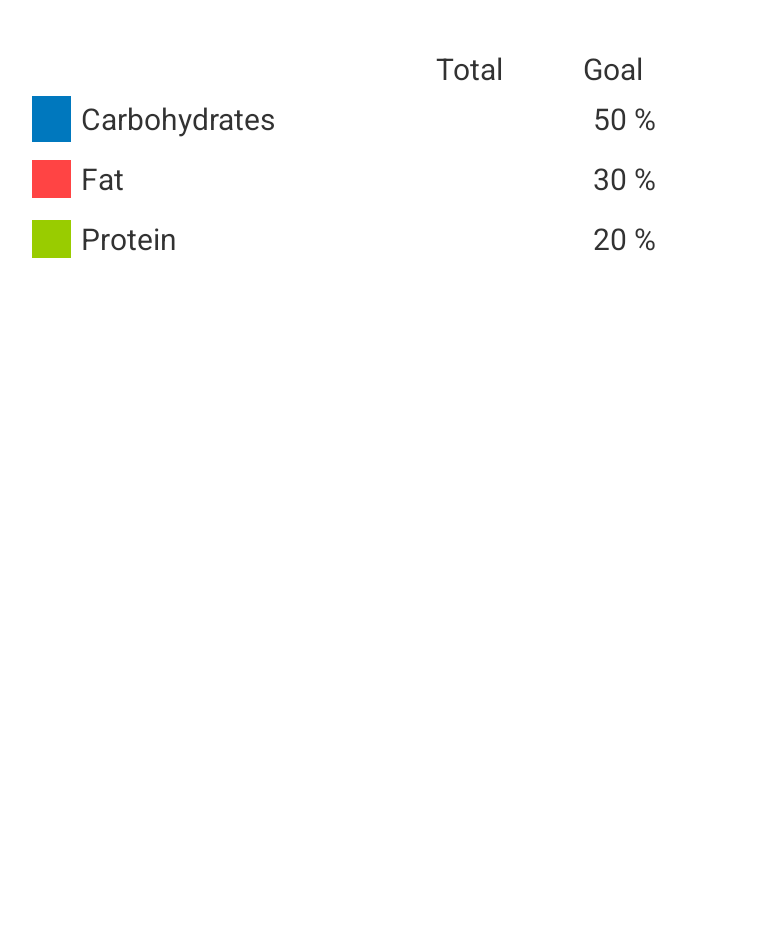
Repository: JieD/nutriy
Layout: NutriY/res/layout/fragment_nutrition_chart.xml
An editor plug-in stored every save of this project. The layout is shown before and after the next save, followed by the edit.
The pictures show rows 336 to 1280 of an output 1280 px tall.
It is drawn on a 768 x 1280 px phone screen (xhdpi) without system bars, with theme AppTheme; the app's code is not run.

Above is the layout before, as saved 2014-05-11 05:43:57.

After the next save:
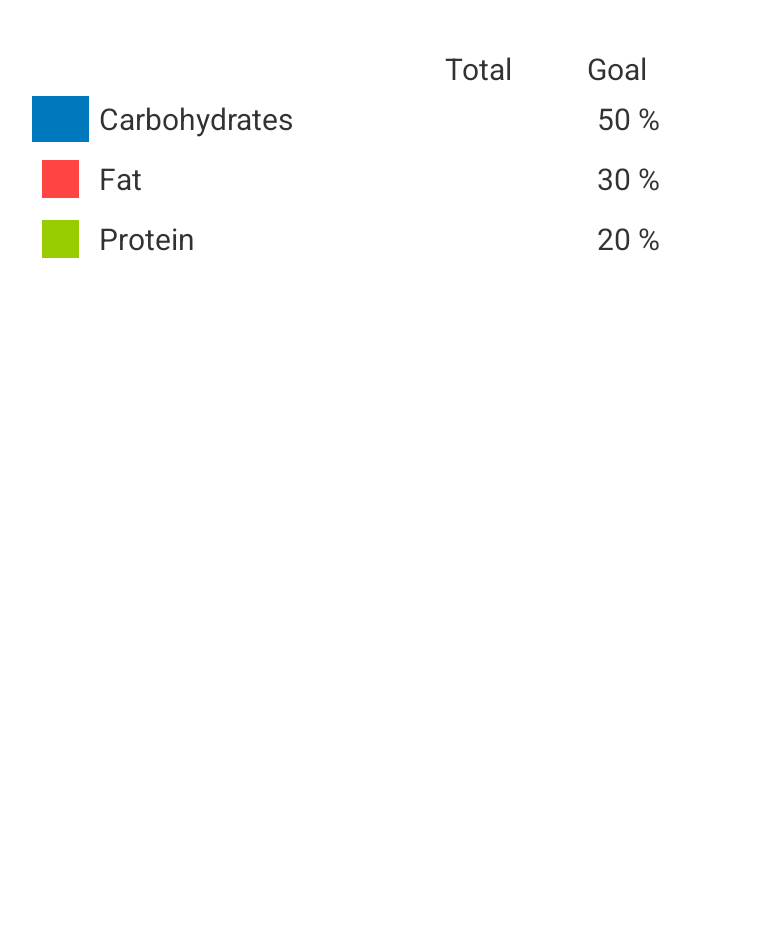
Saved 106 s later.
--- a/NutriY/res/layout/fragment_nutrition_chart.xml
+++ b/NutriY/res/layout/fragment_nutrition_chart.xml
@@ -54,6 +54,7 @@
 	     <TableRow
 	         android:minHeight="@dimen/medium_entry_height">
 	         <TextView
+	             android:layout_width="10dp"
 	             android:paddingTop="2dp"  android:paddingBottom="2dp"
                  android:layout_weight="1" android:layout_gravity="center_vertical"
                  android:background= "@drawable/carb_pie_color_box"/>
